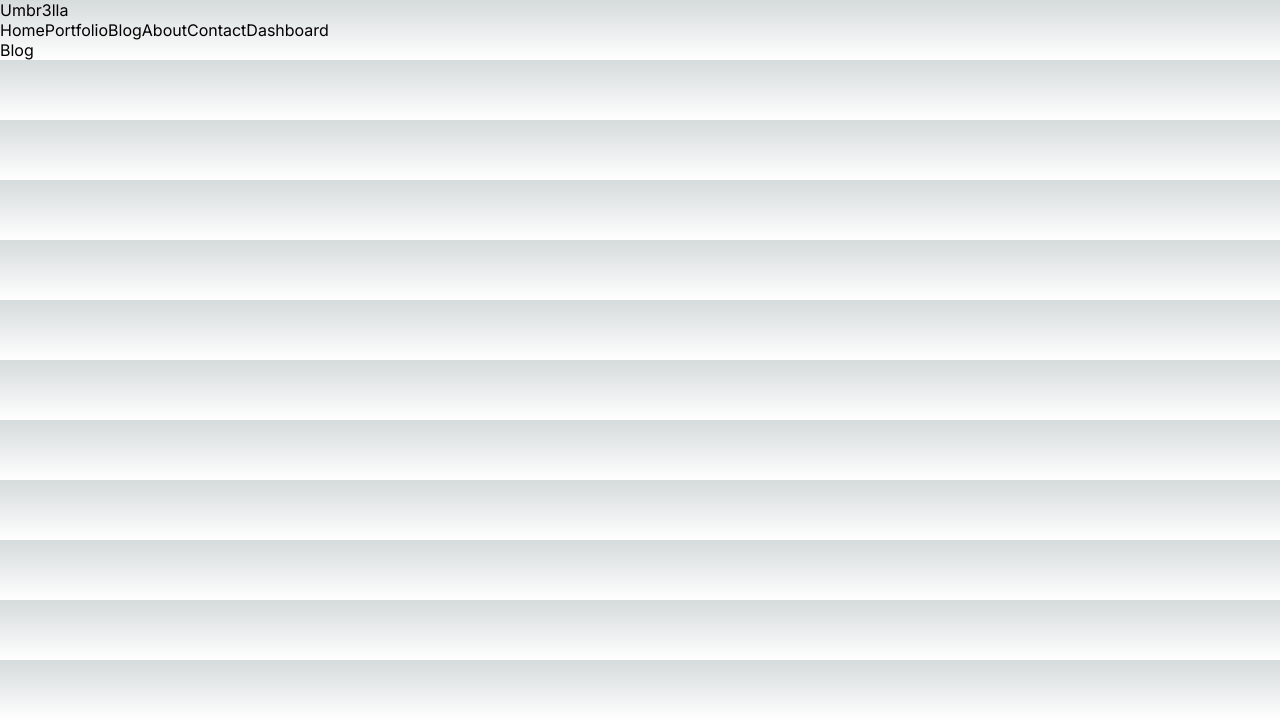
Repository: MikeeBuilds/umbr3llav2
Page: /blog
An editor plug-in stored every save of this project. The page is shown before and after a run of saves, followed by the edit.
The browser window is 1280 px wide. The pictures show the whole page.
The project was rebuilt for these pictures with package versions that can differ from the ones it lists, and the page was loaded fresh each time. The framework's server and built-in components were replaced by stand-ins that run in the browser. Also part of the build but not shown: next.config.js.

Above is the page before, as saved 2023-06-09 20:13:28.

After the next 2 saves:
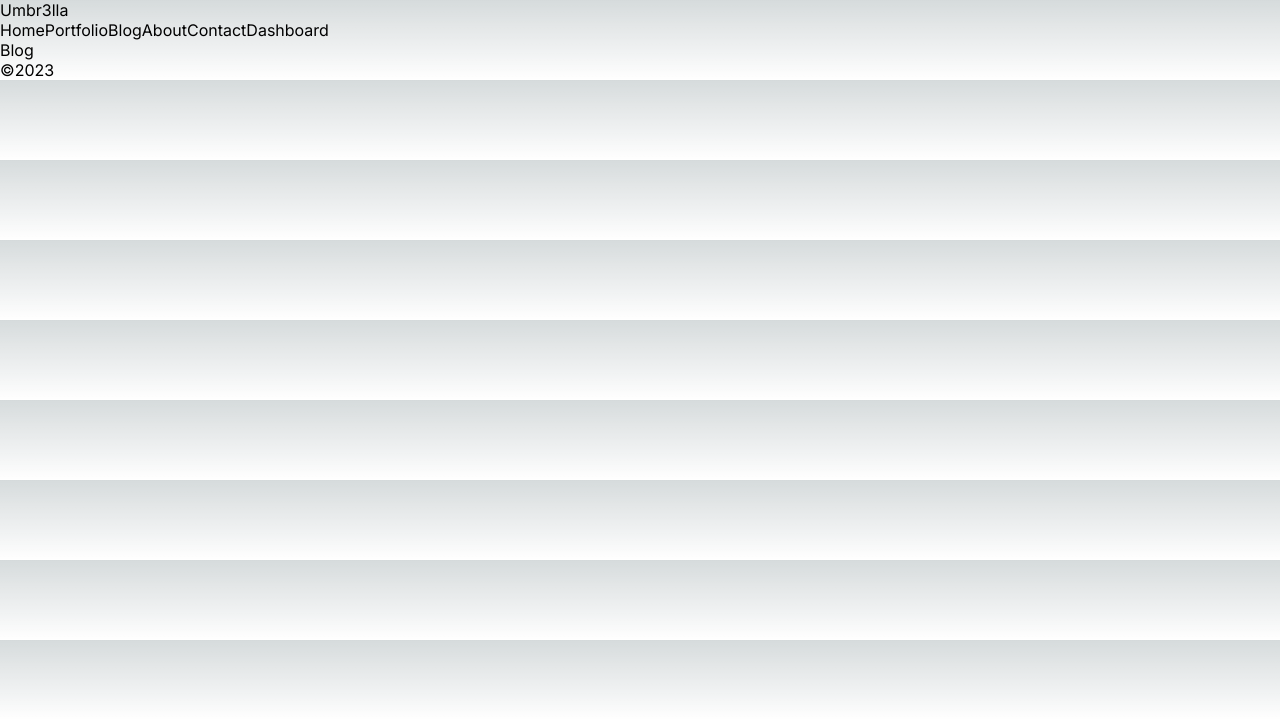
The 2 saves are shown as one change because they came seconds apart.
The last was saved 17 s later.
--- a/src/components/footer/Footer.jsx
+++ b/src/components/footer/Footer.jsx
@@ -3,7 +3,7 @@ import React from 'react'
 const Footer = () => {
   return (
     <div>
-      <div></div>
+      <div>©2023 </div>
     </div>
   )
 }
